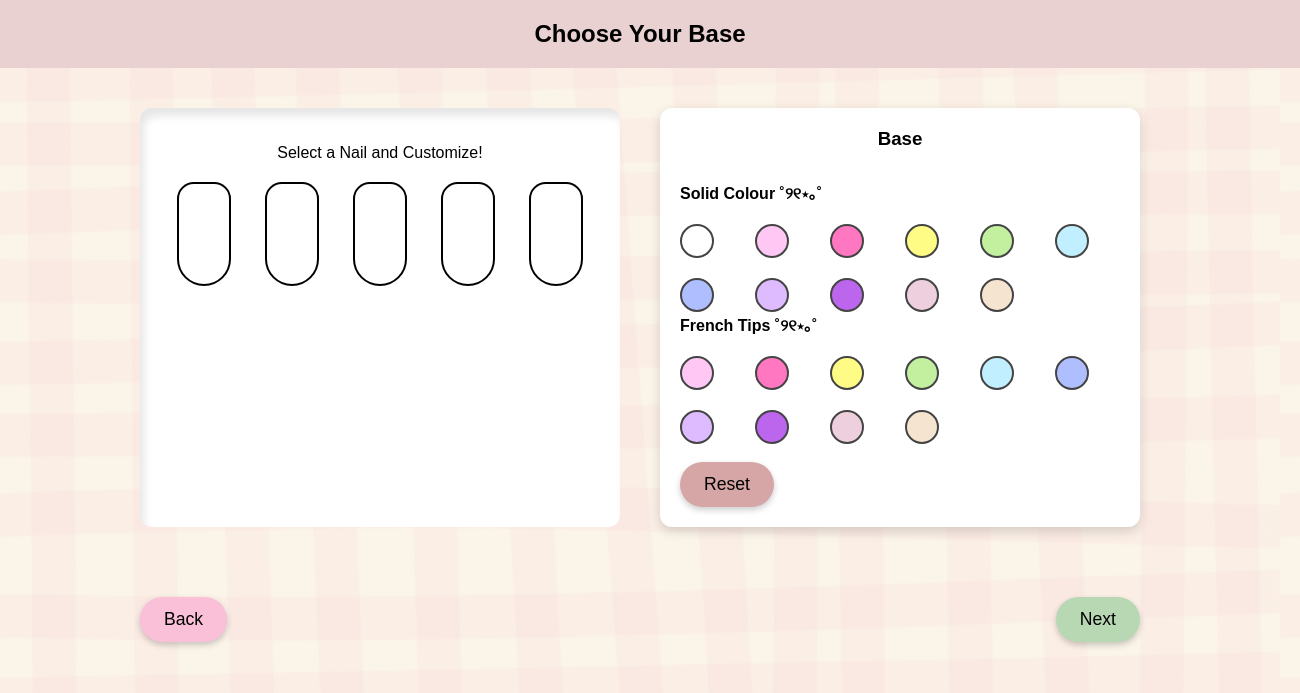
Repository: amolwalia/Fluidity-Lab
Page: base-paint.html
An editor plug-in stored every save of this project. The page is shown before and after the next save, followed by the edit.
The browser window is 1280 px wide. The page is 1300 px wide, so the pictures cover 1300 px, including what lies to the right of the window. The pictures show the whole page.

Above is the page before, as saved 2025-05-11 19:06:04.

### base-paint.html
<!DOCTYPE html>
<html lang="en">
  <head>
    <meta charset="UTF-8" />
    <meta name="viewport" content="width=device-width, initial-scale=1.0" />
    <title>Choose Your Base</title>
    <link rel="stylesheet" href="./styles/basepaints.css" />
  </head>
  <body>
    <header>Choose Your Base</header>
    <div class="container">
      <div class="nail-area">
        <p style="text-align: center">Select a Nail and Customize!</p>
        <div class="nails">
          <div class="nail" onclick="selectNail(this)"></div>
          <div class="nail" onclick="selectNail(this)"></div>
          <div class="nail" onclick="selectNail(this)"></div>
          <div class="nail" onclick="selectNail(this)"></div>
          <div class="nail" onclick="selectNail(this)"></div>
        </div>
      </div>
      <div class="palette">
        <h3>Base</h3>
        <strong>Solid Colour ˚୨୧⋆｡˚</strong>
        <div class="colors">
          <div
            class="color"
            style="background: white"
            onclick="setColor('white', false)"
          ></div>
          <div
            class="color"
            style="background: #ffc8f4"
            onclick="setColor('#ffc8f4', false)"
          ></div>
          <div
            class="color"
            style="background: #ff77c0"
            onclick="setColor('#ff77c0', false)"
          ></div>
          <div
            class="color"
            style="background: #fefc85"
            onclick="setColor('#fefc85', false)"
          ></div>
          <div
            class="color"
            style="background: #c2f09f"
            onclick="setColor('#c2f09f', false)"
          ></div>
          <div
            class="color"
            style="background: #c2efff"
            onclick="setColor('#c2efff', false)"
          ></div>
        </div>
        <div class="colors">
          <div
            class="color"
            style="background: #aebeff"
            onclick="setColor('#AEBEFF', false)"
          ></div>
          <div
            class="color"
            style="background: #debaff"
            onclick="setColor('#DEBAFF', false)"
          ></div>
          <div
            class="color"
            style="background: #bb66ec"
            onclick="setColor('#BB66EC', false)"
          ></div>
          <div
            class="color"
            style="background: #eecfdd"
            onclick="setColor('#EECFDD', false)"
          ></div>
          <div
            class="color"
            style="background: #f5e4d0"
            onclick="setColor('#F5E4D0', false)"
          ></div>
        </div>
        <strong>French Tips ˚୨୧⋆｡˚</strong>
        <div class="colors">
          <div
            class="color"
            style="background: #ffc8f4"
            onclick="setColor('#ffc8f4', true)"
          ></div>
          <div
            class="color"
            style="background: #ff77c0"
            onclick="setColor('#ff77c0', true)"
          ></div>
          <div
            class="color"
            style="background: #fefc85"
            onclick="setColor('#fefc85', true)"
          ></div>
          <div
            class="color"
            style="background: #c2f09f"
            onclick="setColor('#c2f09f', true)"
          ></div>
          <div
            class="color"
            style="background: #c2efff"
            onclick="setColor('#c2efff', true)"
          ></div>
          <div
            class="color"
            style="background: #aebeff"
            onclick="setColor('#AEBEFF', true)"
          ></div>
        </div>
        <div class="colors">
          <div
            class="color"
            style="background: #debaff"
            onclick="setColor('#DEBAFF', true)"
          ></div>
          <div
            class="color"
            style="background: #bb66ec"
            onclick="setColor('#BB66EC', true)"
          ></div>
          <div
            class="color"
            style="background: #eecfdd"
            onclick="setColor('#EECFDD', true)"
          ></div>
          <div
            class="color"
            style="background: #f5e4d0"
            onclick="setColor('#F5E4D0', true)"
          ></div>
        </div>
        <br />
        <button class="btn btn-brown" onclick="resetColors()">Reset</button>
      </div>
    </div>
    <div class="btn-row">
      <button class="btn btn-pink" onclick="location.href='index.html'">
        Back
      </button>
      <button class="btn btn-green" onclick="saveNailColorsAndGoNext()">
        Next
      </button>
    </div>
    <script src="./scripts/basepaints.js"></script>
  </body>
</html>

### styles/basepaints.css
body {
  margin: 0;
  font-family: "Quicksand", sans-serif;
  background: url("../media/pink_plaid.png");
  background-size: cover;
  background-blend-mode: multiply;
  background-color: #fbf5e9;
  display: flex;
  flex-direction: column;
  align-items: center;
}
header {
  width: 100%;
  padding: 20px;
  background-color: #e9d1d1;
  text-align: center;
  font-weight: bold;
  font-size: 1.5rem;
}
.container {
  display: flex;
  justify-content: space-between;
  padding: 40px;
  width: 100%;
  max-width: 1000px;
}
.nail-area,
.palette {
  background: #fff;
  border-radius: 12px;
  padding: 20px;
  box-shadow: 0 4px 12px rgba(0, 0, 0, 0.15);

}
.nail-area {
  flex: 1;
  margin-right: 40px;
  box-shadow: inset 4px 8px 8px  rgba(0, 0, 0, 0.1);
}
.palette {
  flex: 1;
}
.nails {
  display: flex;
  justify-content: space-around;
  margin-top: 20px;
}
.nail {
  width: 50px;
  height: 100px;
  border: 2px solid #000;
  border-radius: 25px 25px 40px 40px;
  background: #fff;
  position: relative;
  overflow: hidden;
}

h3 {
  text-align: center;
  margin-top: 0;
  margin-bottom: 30px;

}
.french-tip-overlay {
  position: absolute;
  top: 0;
  left: 0;
  width: 100%;
  height: 100%;
  pointer-events: none;
  z-index: 50;
  background: none;
}
.french-tip-overlay::before {
  content: "";
  position: absolute;
  top: 0;
  left: 0;
  width: 100%;
  height: 100%;
  background: url("data:[embedded picture, 672 characters]")
    top center / 100% auto no-repeat;
  opacity: 1;
  z-index: 50;
}
.colors {
  display: grid;
  grid-template-columns: repeat(6, 1fr);
  gap: 10px;
  margin-top: 20px;
}
.color {
  width: 30px;
  height: 30px;
  border-radius: 50%;
  cursor: pointer;
  border: 2px solid #444;
}
.btn-row {
  display: flex;
  justify-content: space-between;
  width: 100%;
  max-width: 1000px;
  margin-top: 30px;
}
.btn {
  padding: 12px 24px;
  font-size: 1.1rem;
  background-color: #b7d8b2;
  border: none;
  border-radius: 25px;
  cursor: pointer;
  box-shadow: 0 3px 6px rgba(0, 0, 0, 0.2);
  transition: transform 0.3s ease, box-shadow 0.3s ease;
}
.btn:hover {
  transform: scale(1.05);
  box-shadow: 0 6px 12px rgba(183, 216, 178, 0.6);
}
.btn-pink {
  background-color: #f9c0d7;
}
.btn-green {
  background-color: #b7d8b2;
}
.btn-brown {
  background-color: #d6a5a5;
}

### scripts/basepaints.js
let selectedNail = null;

function selectNail(el) {
  document
    .querySelectorAll(".nail")
    .forEach((nail) => (nail.style.borderColor = "#000"));
  selectedNail = el;
  el.style.borderColor = "deeppink";
}

function setColor(color, isFrenchTip = false) {
  if (selectedNail) {
    selectedNail.style.background = color;
    const existingTip = selectedNail.querySelector(".french-tip-overlay");
    if (existingTip) existingTip.remove();
    if (isFrenchTip) {
      const tip = document.createElement("div");
      tip.className = "french-tip-overlay";
      selectedNail.appendChild(tip);
    }
  }
}

function resetColors() {
  document.querySelectorAll(".nail").forEach((nail) => {
    nail.style.background = "white";
    const tip = nail.querySelector(".french-tip-overlay");
    if (tip) tip.remove();
  });
}

function saveNailColorsAndGoNext() {
  const nails = document.querySelectorAll(".nail");
  const designData = Array.from(nails).map((nail) => {
    return {
      background: nail.style.background,
      hasTip: !!nail.querySelector(".french-tip-overlay"),
    };
  });
  localStorage.setItem("nailDesignData", JSON.stringify(designData));
  location.href = "decorate.html";
}

After the next save:
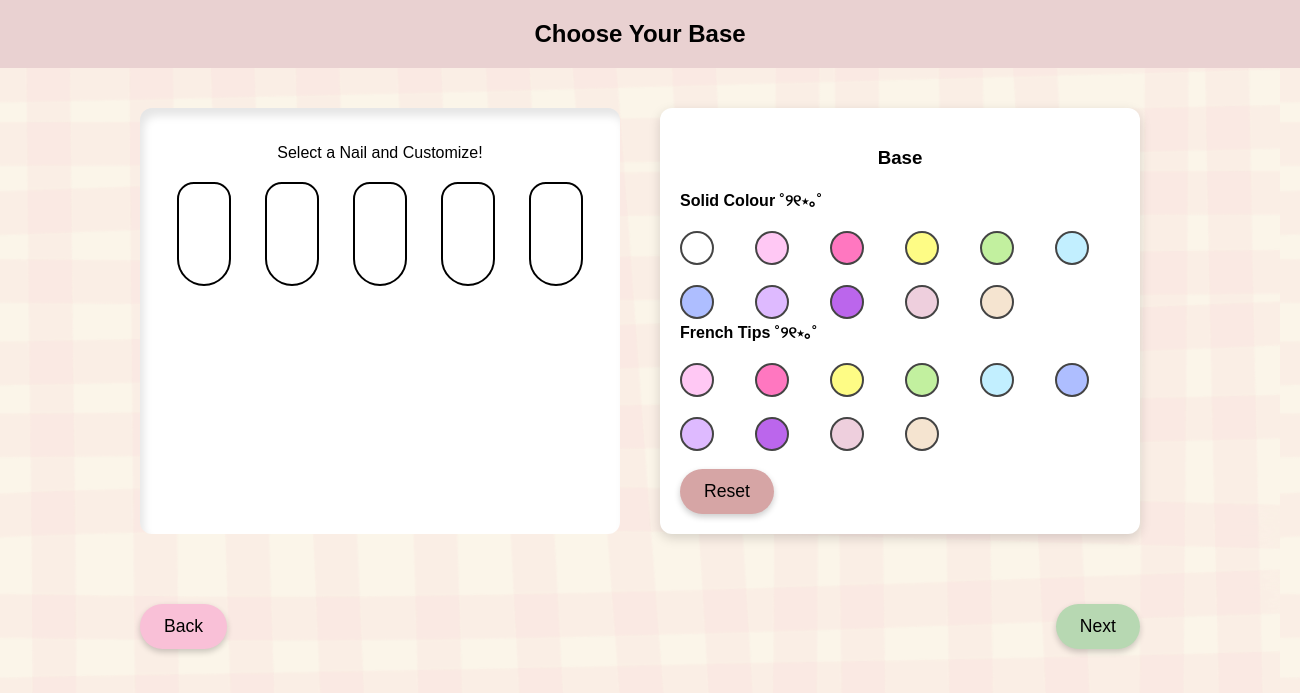
Saved 31 s later.
--- a/styles/basepaints.css
+++ b/styles/basepaints.css
@@ -57,8 +57,7 @@
 
 h3 {
   text-align: center;
-  margin-top: 0;
-  margin-bottom: 30px;
+
 
 }
 .french-tip-overlay {

After the save that followed:
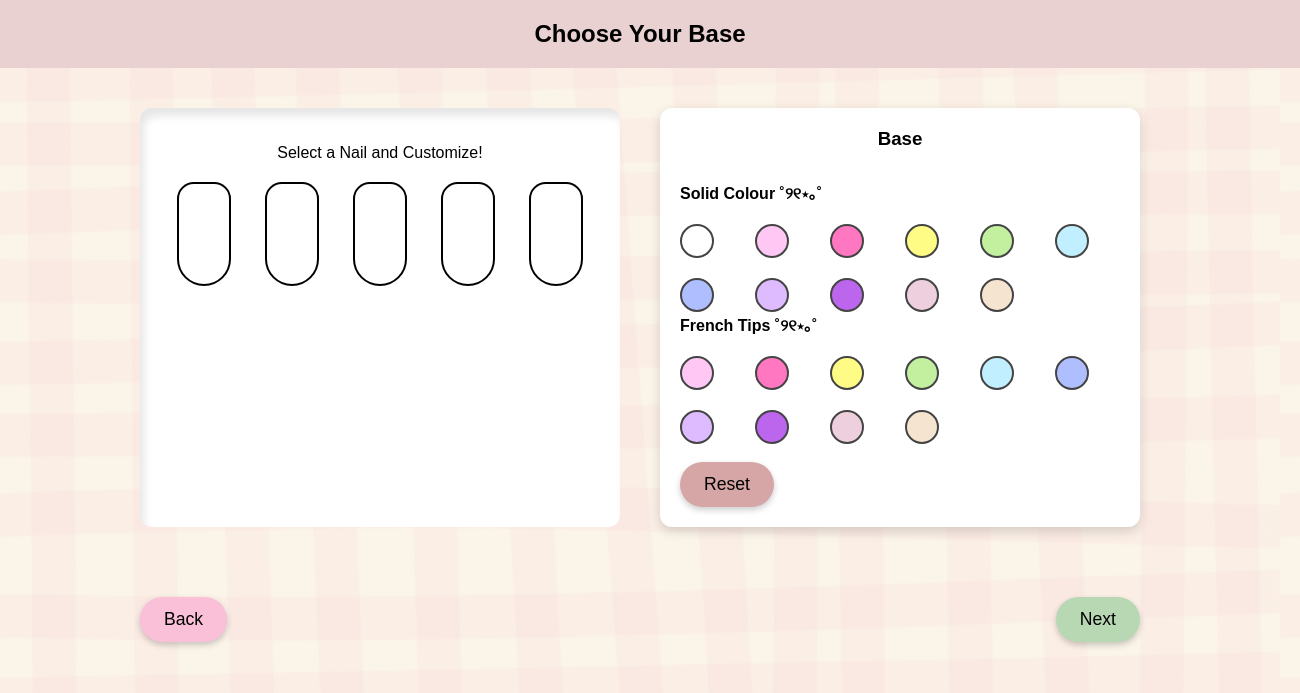
Saved 8 s later.
--- a/styles/basepaints.css
+++ b/styles/basepaints.css
@@ -57,7 +57,8 @@
 
 h3 {
   text-align: center;
-
+  margin-top: 0;
+  margin-bottom: 30px;
 
 }
 .french-tip-overlay {
